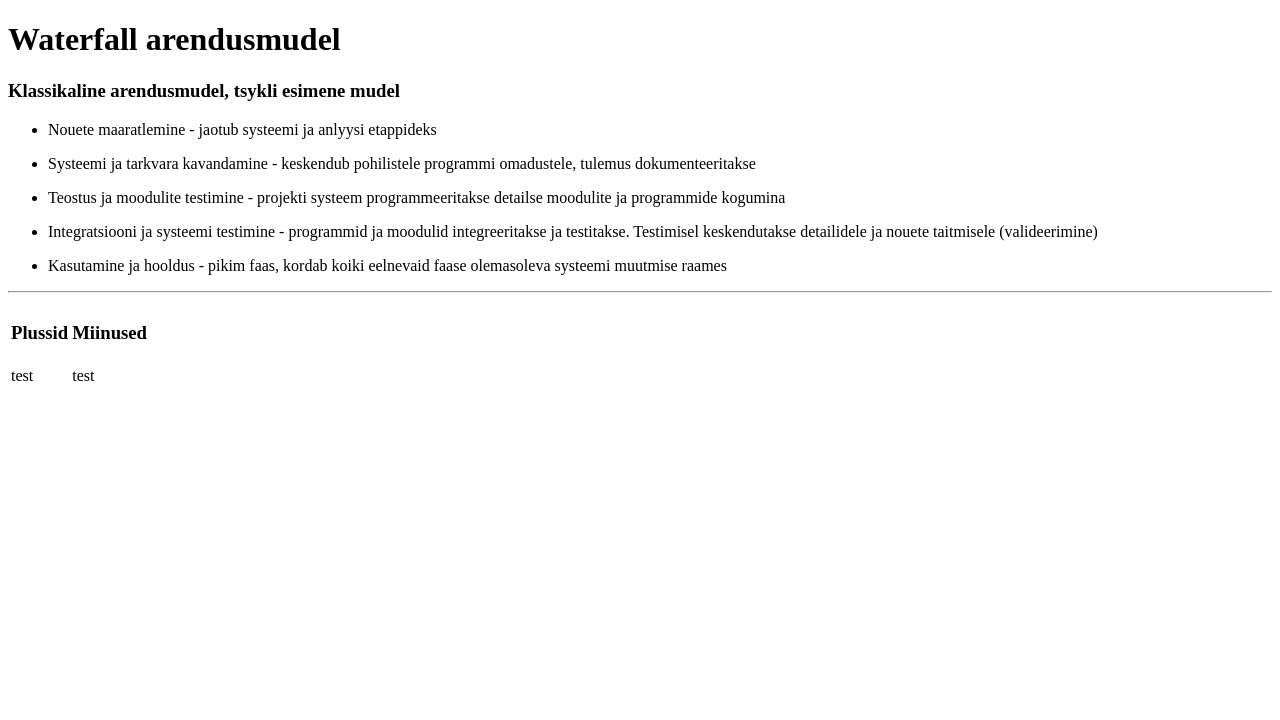
Repository: annemariv/Targe24
Page: elutsykkel/waterfall.html
The author's editor kept a copy of each file at every save. The page is drawn from the files as they stood at one save, then again after the next save.
The browser window is 1280 px wide. The pictures show the whole page.

Above is the page before, as saved 2024-11-06 19:03:12.

### elutsykkel/waterfall.html
<!DOCTYPE html>
<html lang="en">
<head>
    <meta charset="UTF-8">
    <meta name="viewport" content="width=device-width, initial-scale=1.0">
    <title>Waterfall arendusmudel</title>
</head>
<body>
    <p>
        <!--pealkiri-->
        <!--kirjeldus oma sonadega-->
        <!--etappide tapsem kirjeldus-->
        <!--visuaalne joonis-->
        <!--tabel, mis loetleb head ja vead ()-->
    </p>
    <h1>Waterfall arendusmudel</h1>
    <h3>Klassikaline arendusmudel, tsykli esimene mudel</h3>
    <ul>
        <li>
            <p>Nouete maaratlemine - jaotub systeemi ja anlyysi etappideks</p>
        </li>
        <li>
            <p>Systeemi ja tarkvara kavandamine - keskendub pohilistele programmi omadustele, tulemus dokumenteeritakse</p>
        </li>
        <li>
            <p>Teostus ja moodulite testimine - projekti systeem programmeeritakse detailse moodulite ja programmide kogumina</p>
        </li>
        <li>
            <p>Integratsiooni ja systeemi testimine - programmid ja moodulid integreeritakse ja testitakse. Testimisel keskendutakse detailidele ja nouete taitmisele (valideerimine)</p>
        </li>
        <li>
            <p>Kasutamine ja hooldus - pikim faas, kordab koiki eelnevaid faase olemasoleva systeemi muutmise raames</p>
        </li>
    </ul>
    <hr/>
    <table>
        <tr>
            <td><h3>Plussid</h3></td>
            <td><h3>Miinused</h3></td>
        </tr>
        <tr>
            <td>test</td>
            <td>test</td>
        </tr>
    </table>
</body>
</html>

After the next save:
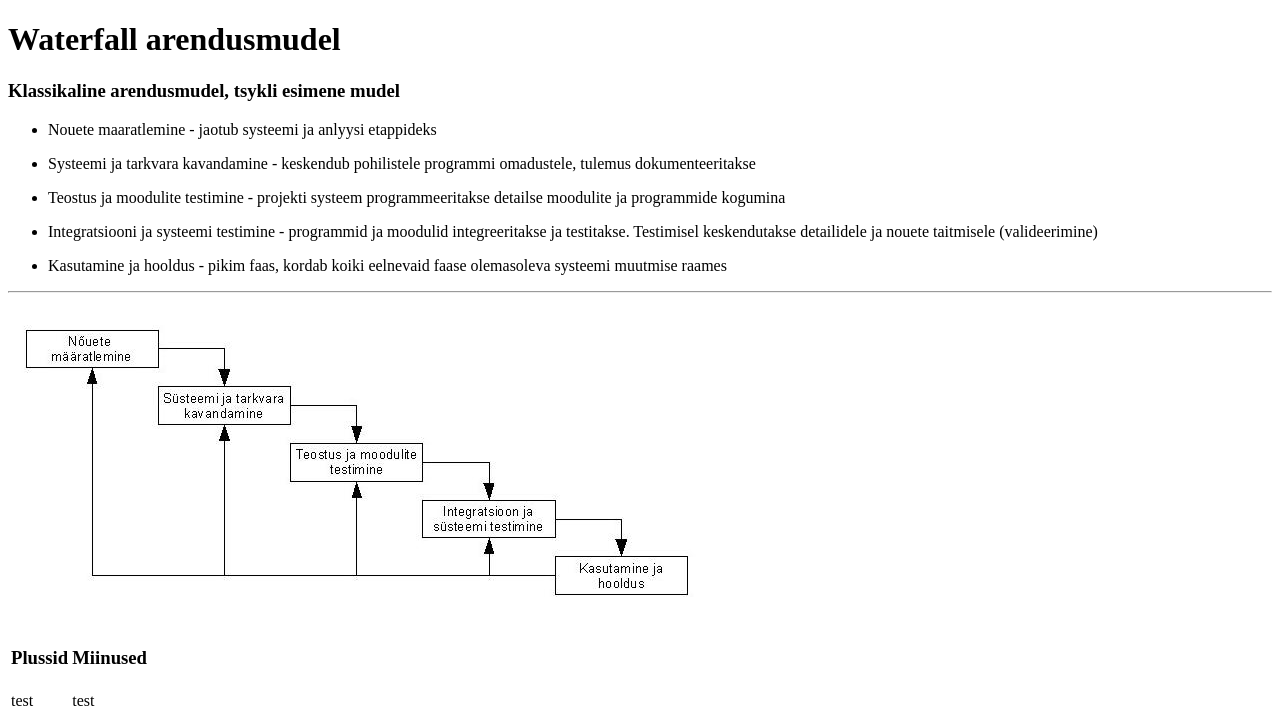
Saved 6 s later.
--- a/elutsykkel/waterfall.html
+++ b/elutsykkel/waterfall.html
@@ -33,6 +33,7 @@
         </li>
     </ul>
     <hr/>
+    <img src="/pildid/image2.1.jpeg" />
     <table>
         <tr>
             <td><h3>Plussid</h3></td>
